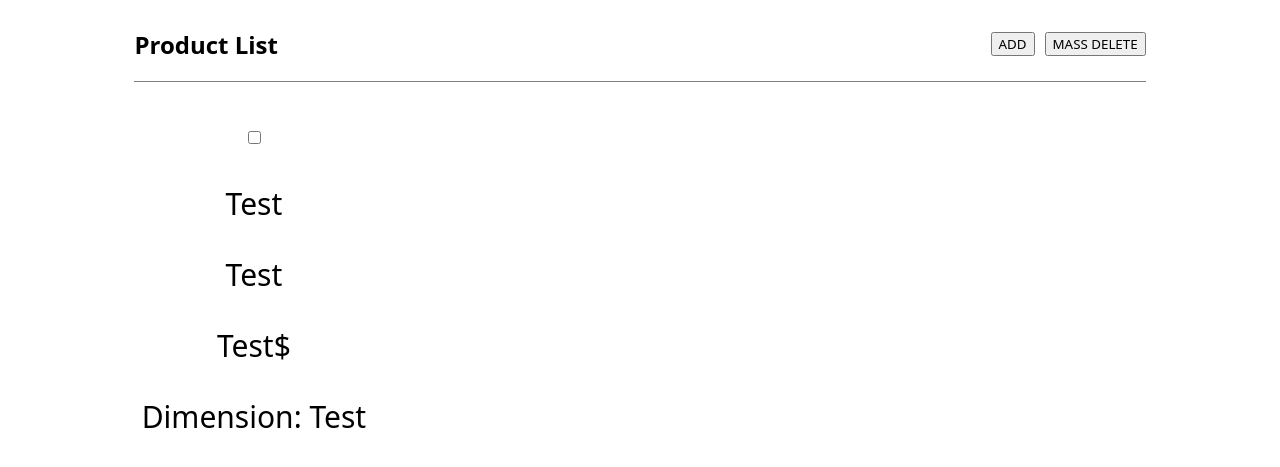
Repository: gabyto19/scandiweb
Page: http://localhost/
An editor plug-in stored every save of this project. The page is shown before and after the next save, followed by the edit.
The browser window is 1280 px wide. The pictures show the whole page.
The page is run by PHP 8.4 with error messages shown; the project is at /var/www/html/.

Above is the page before, as saved 2023-03-07 18:28:11.

### index.php
<!DOCTYPE html>
<html lang="en">

<head>
  <meta charset="UTF-8" />
  <meta name="viewport" content="width=device-width, initial-scale=1.0" />
  <title>Vue Basics</title>
  <link href="https://fonts.googleapis.com/css2?family=Jost:wght@400;700&display=swap" rel="stylesheet" />
  <link rel="stylesheet" href="styles.css" />
  <script src="https://unpkg.com/vue@next" defer></script>
  <script src="https://unpkg.com/vue@3/dist/vue.global.js"></script>
</head>

<body>
  <section id="app">
    <nav>
      <h2>Product List</h2>
      <div class="rightButtons">
        <button><a style="text-decoration: none; color: black" href="addPage.php">ADD</a>
        </button>
        <button class="delete-checkbox" id="delete-product-btn">MASS DELETE</button>
      </div>
    </nav>


    <div class="grid-container">
      <div>
        <input type="checkbox" id="delete-checkbox" class="delete-checkbox" />
        <p>Test</p>
        <p>Test</p>
        <p>Test$</p>
        <p>Dimension: Test</p>
      </div>
    </div>
  </section>

  <script src="https://unpkg.com/vue@3/dist/vue.global.js"></script>
  <script src="index.js"></script>

</body>

</html>
<style scoped>
  .rightButtons button:first-child {
    margin-right: 10px;
  }

  .grid-container {
    display: grid;
    grid-template-columns: auto auto auto auto;
    gap: 10px;
    padding: 10px;
  }

  .grid-container>div {
    text-align: center;
    padding: 20px 0;
    font-size: 30px;
  }
</style>

### styles.css
nav {
    width: 80%;
    display: flex;
    justify-content: space-between;
    align-items: center;
    margin: auto;
    border-bottom: solid 1px gray;
  }

  * {
    font-family: system-ui;
  }

### index.js
Vue.createApp({
  data() {
    return {
      sku:"",
      name:"",
      price:"",
      dimension:"",
    };
  },
}).mount("#app");

After the next save:
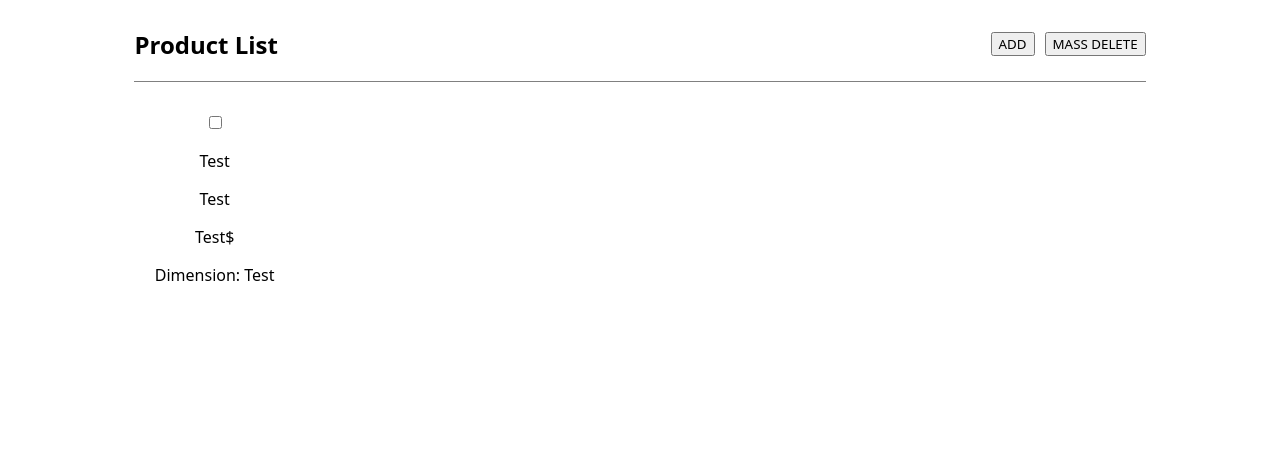
Saved 12 s later.
--- a/index.php
+++ b/index.php
@@ -55,6 +55,5 @@
   .grid-container>div {
     text-align: center;
     padding: 20px 0;
-    font-size: 30px;
   }
 </style>
